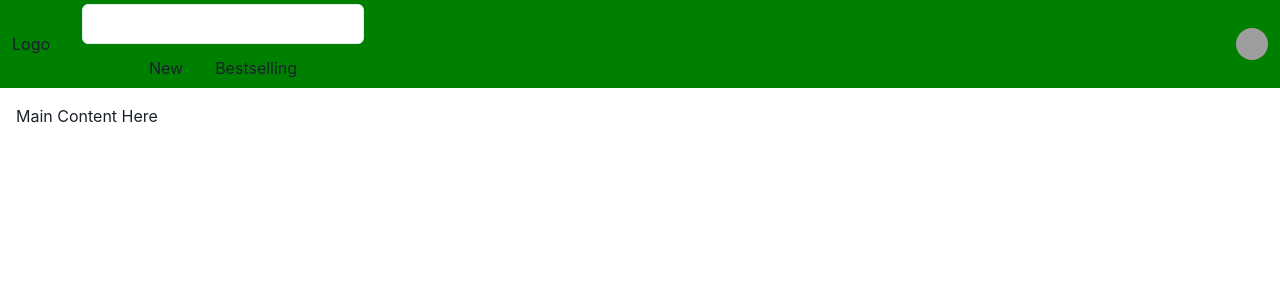
Repository: Vedprakas987/Shopee_cw24
Page: / (app in shopee_online/)
An editor plug-in stored every save of this project. The page is shown before and after a run of saves, followed by the edit.
The browser window is 1280 px wide. The pictures show the whole page.
Pictures or frames that could not be fetched are drawn as grey boxes. The project was rebuilt for these pictures with package versions that can differ from the ones it lists, and the page was loaded fresh each time.

Above is the page before, as saved 2022-12-15 21:18:03.

### shopee_online/src/index.js
import React from 'react';
import ReactDOM from 'react-dom/client';
import './index.css';
import App from './App';
import reportWebVitals from './reportWebVitals';
import { BrowserRouter } from 'react-router-dom';
import { ChakraProvider } from '@chakra-ui/react';
const root = ReactDOM.createRoot(document.getElementById('root'));
root.render(
  <ChakraProvider>
  <BrowserRouter>
    <App />
  </BrowserRouter>
  </ChakraProvider>

);

// If you want to start measuring performance in your app, pass a function
// to log results (for example: reportWebVitals(console.log))
// or send to an analytics endpoint. Learn more: https://bit.ly/CRA-vitals
reportWebVitals();

### shopee_online/src/App.js
import Navbar from "./Routes/Navbar";
function App() {
  return (
    <div className="App">
      <Navbar/>
    </div>
  );
}

export default App;

### shopee_online/src/Routes/Navbar.jsx
import { ReactNode } from 'react';
import { Input, VStack } from '@chakra-ui/react';
import {
  Box,
  Flex,
  Avatar,
  HStack,
  Link,
  IconButton,
  Button,
  Menu,
  MenuButton,
  MenuList,
  MenuItem,
  MenuDivider,
  useDisclosure,
  useColorModeValue,
  Stack,
} from '@chakra-ui/react';
import { HamburgerIcon, CloseIcon } from '@chakra-ui/icons';

const Links = ['New','Bestselling'];

const NavLink = ({ children }) => (
  <Link
    px={2}
    py={1}
    rounded={'md'}
    _hover={{
      textDecoration: 'none',
      bg: useColorModeValue('gray.200', 'gray.700'),
    }}
    href={'#'}>
    {children}
  </Link>
);

export default function Navbar() {
  const { isOpen, onOpen, onClose } = useDisclosure();

  return (
    <>
      <Box bg={useColorModeValue('green', 'green')} px={7} padding="12px">
        <Flex h={16} alignItems={'center'} justifyContent={'space-between'}>
          <IconButton
            size={'md'}
            icon={isOpen ? <CloseIcon /> : <HamburgerIcon />}
            aria-label={'Open Menu'}
            display={{ md: 'none' }}
            onClick={isOpen ? onClose : onOpen}
          />
          <HStack spacing={8} alignItems={'center'}>
            <Box>Logo</Box>
            <VStack>
                <Input bg="white" color="black"/>
            <HStack
              as={'nav'}
              spacing={4}
              display={{ base: 'none', md: 'flex' }}>
              {Links.map((link) => (
                <NavLink key={link}>{link}</NavLink>
              ))}
            </HStack>
            </VStack>
          </HStack>

          <Flex alignItems={'center'}>
            <Menu>
              <MenuButton
                as={Button}
                rounded={'full'}
                variant={'link'}
                cursor={'pointer'}
                minW={0}>
                <Avatar
                  size={'sm'}
                  src={
                    'https://images.unsplash.com/photo-1493666438817-866a91353ca9?ixlib=rb-0.3.5&q=80&fm=jpg&crop=faces&fit=crop&h=200&w=200&s=b616b2c5b373a80ffc9636ba24f7a4a9'
                  }
                />
              </MenuButton>
              <MenuList>
                <MenuItem>Link 1</MenuItem>
                <MenuItem>Link 2</MenuItem>
                <MenuDivider />
                <MenuItem>Link 3</MenuItem>
              </MenuList>
            </Menu>
          </Flex>
        </Flex>

        {isOpen ? (
          <Box pb={4} display={{ md: 'none' }}>
            <Stack as={'nav'} spacing={4}>
              {Links.map((link) => (
                <NavLink key={link}>{link}</NavLink>
              ))}
            </Stack>
          </Box>
        ) : null}
      </Box>

      <Box p={4}>Main Content Here</Box>
    </>
  );
}

Loaded but not shown: shopee_online/public/index.html (common file); shopee_online/src/index.css (common file); shopee_online/src/reportWebVitals.js (common file)

After the next 2 saves:
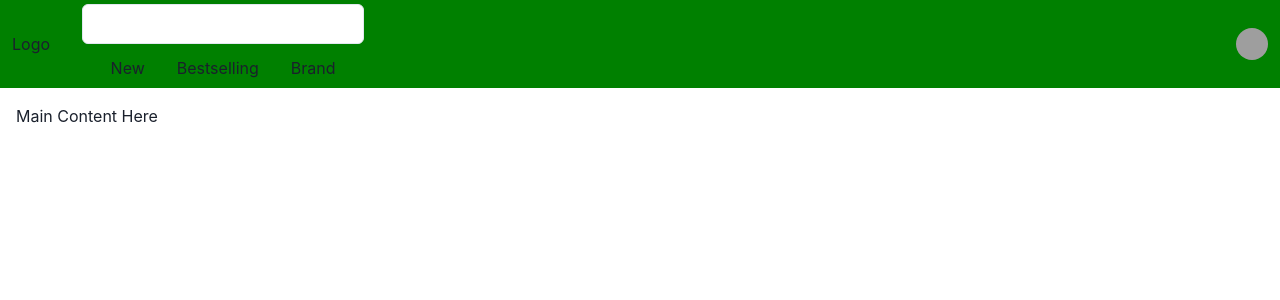
The 2 saves are shown as one change because they came seconds apart.
The last was saved 7 s later.
--- a/shopee_online/src/Routes/Navbar.jsx
+++ b/shopee_online/src/Routes/Navbar.jsx
@@ -19,7 +19,7 @@ import {
 } from '@chakra-ui/react';
 import { HamburgerIcon, CloseIcon } from '@chakra-ui/icons';
 
-const Links = ['New','Bestselling'];
+const Links = ['New','Bestselling','Brand'];
 
 const NavLink = ({ children }) => (
   <Link
